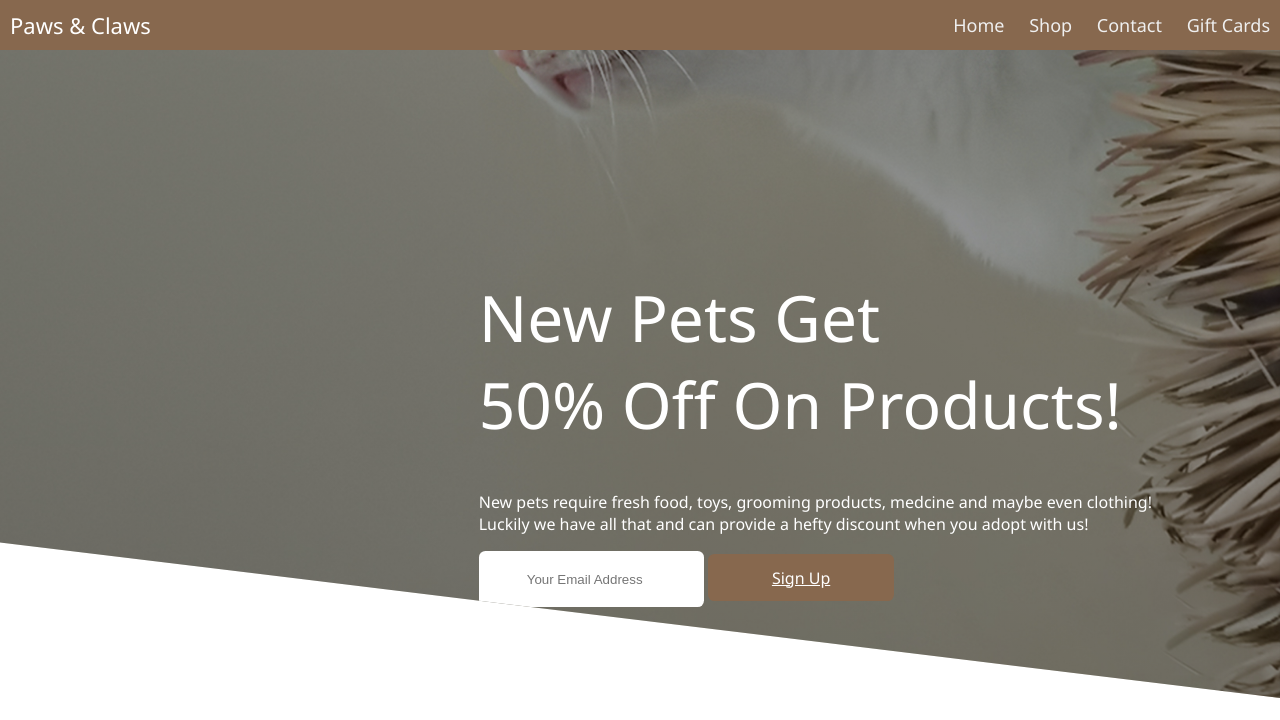
Repository: LtGriff/petProject
Page: dist/about.html
These files come from the project's save history. The page is drawn as it stood at one moment and after a run of saves; the edit follows.
The browser window is 1280 px wide. The pictures show the whole page.

Above is the page before, as saved 2022-05-19 07:34:17.

After the next 2 saves:
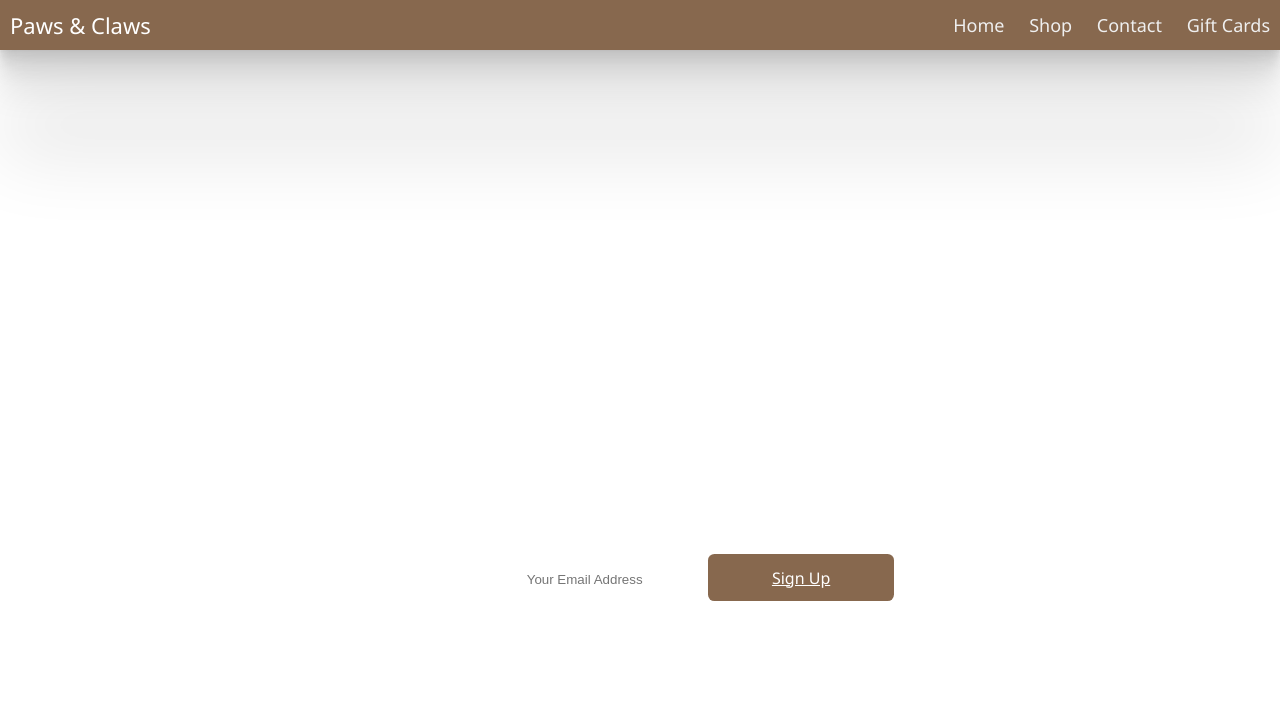
The 2 saves are shown as one change because they came seconds apart.
The last was saved 84 s later.
--- a/dist/CSS/about.css
+++ b/dist/CSS/about.css
@@ -76,7 +76,7 @@
         to left bottom,
         rgba(0, 0, 0, 0.4),
         rgba(0, 0, 0, 0.5)),
-    url("../img/catcreeping.jpg");
+    url("../img/catcreeping.jpg" width);
     background-attachment: fixed;
     background-size: cover;
     background-position: bottom right;

After the 2 saves that followed:
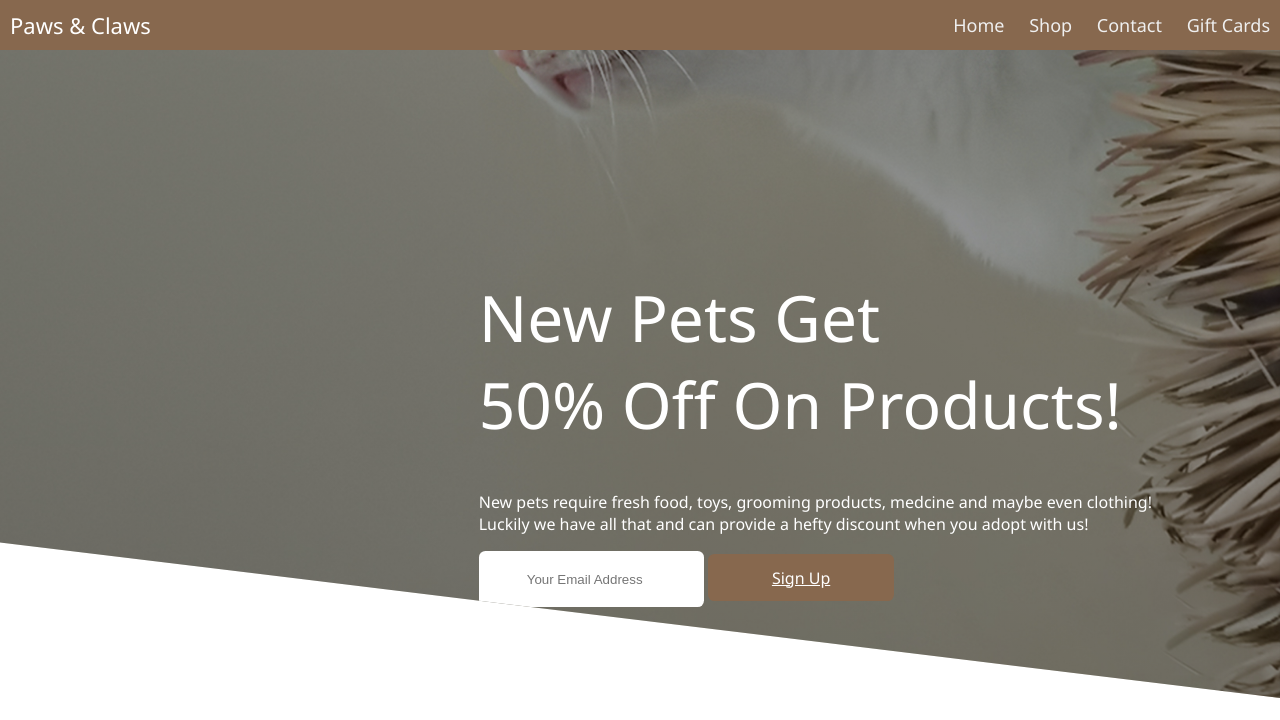
The 2 saves are shown as one change because 1 left the picture as it was.
The last was saved 15 s later.
--- a/dist/CSS/about.css
+++ b/dist/CSS/about.css
@@ -76,7 +76,7 @@
         to left bottom,
         rgba(0, 0, 0, 0.4),
         rgba(0, 0, 0, 0.5)),
-    url("../img/catcreeping.jpg" width);
+    url("../img/catcreeping.jpg");
     background-attachment: fixed;
     background-size: cover;
     background-position: bottom right;
